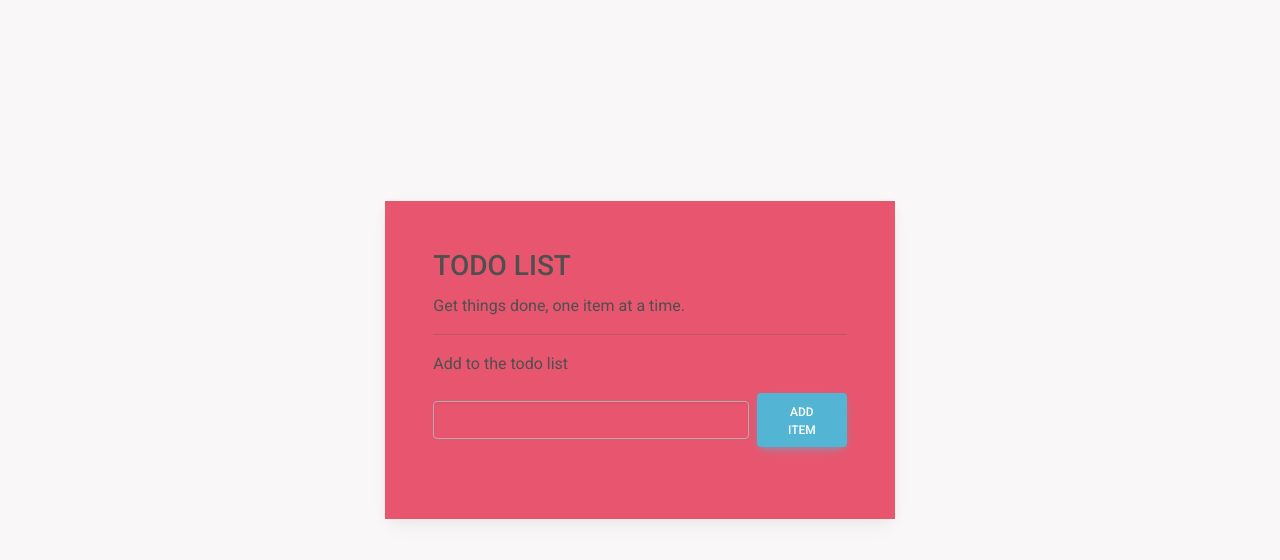
Repository: TinhTT336/MD02_HACKATHON01_HN_JV230620_BS_TranThiTinh_Basic
Page: /
These files come from the project's save history. The page is drawn as it stood at one moment and after the next save; the edit follows.
The browser window is 1280 px wide. The pictures show the whole page.
Some web libraries are served in a nearby version. The project was rebuilt for these pictures with package versions that can differ from the ones it lists, and the page was loaded fresh each time. Also part of the build but not shown: vite.config.js, src/App.css.

Above is the page before, as saved 2023-09-05 11:10:49.

### index.html
<!DOCTYPE html>
<html lang="en">
  <head>
    <meta charset="UTF-8" />
    <link rel="icon" type="image/svg+xml" href="/vite.svg" />
    <meta name="viewport" content="width=device-width, initial-scale=1.0" />
    <title>Vite + React</title>
    <link
      href="https://cdnjs.cloudflare.com/ajax/libs/font-awesome/6.0.0/css/all.min.css"
      rel="stylesheet"
    />
    <link
      href="https://fonts.googleapis.com/css?family=Roboto:300,400,500,700&display=swap"
      rel="stylesheet"
    />
    <link
      href="https://cdnjs.cloudflare.com/ajax/libs/mdb-ui-kit/6.2.0/mdb.min.css"
      rel="stylesheet"
    />
  </head>
  <body>
    <div id="root"></div>
    <script type="module" src="/src/main.jsx"></script>
  </body>
</html>

### src/App.jsx
import { useState } from 'react'
import './App.css'
import TodoList from './TodoList/todoList'

function App() {
  const [count, setCount] = useState(0)

  return (
    <>
      <TodoList />
    </>
  )
}

export default App

### src/index.css
/* :root {
  font-family: Inter, system-ui, Avenir, Helvetica, Arial, sans-serif;
  line-height: 1.5;
  font-weight: 400;

  color-scheme: light dark;
  color: rgba(255, 255, 255, 0.87);
  background-color: #242424;

  font-synthesis: none;
  text-rendering: optimizeLegibility;
  -webkit-font-smoothing: antialiased;
  -moz-osx-font-smoothing: grayscale;
  -webkit-text-size-adjust: 100%;
}

a {
  font-weight: 500;
  color: #646cff;
  text-decoration: inherit;
}
a:hover {
  color: #535bf2;
}

body {
  margin: 0;
  display: flex;
  place-items: center;
  min-width: 320px;
  min-height: 100vh;
}

h1 {
  font-size: 3.2em;
  line-height: 1.1;
}

button {
  border-radius: 8px;
  border: 1px solid transparent;
  padding: 0.6em 1.2em;
  font-size: 1em;
  font-weight: 500;
  font-family: inherit;
  background-color: #1a1a1a;
  cursor: pointer;
  transition: border-color 0.25s;
}
button:hover {
  border-color: #646cff;
}
button:focus,
button:focus-visible {
  outline: 4px auto -webkit-focus-ring-color;
}

@media (prefers-color-scheme: light) {
  :root {
    color: #213547;
    background-color: #ffffff;
  }
  a:hover {
    color: #747bff;
  }
  button {
    background-color: #f9f9f9;
  }
} */
body {
  background-color: #faf7f8 !important;
}
.vh-100 {
  width: 50% !important;
  margin: 0 auto !important;
}
.card-body {
  background-color: #e7566e !important;
}

### src/TodoList/todoList.jsx
import React, { useRef, useState } from 'react'

export default function TodoList() {
    const [input, setInput] = useState("");
    const [todos, setTodos] = useState(() => {
        const list = JSON.parse(localStorage.getItem("todos")) || [];
        return list;
    });
    const inputRef = useRef();
    const [idEdit, setIdEdit] = useState(null);
    // ham them submit
    const handleSubmit = (e) => {
        e.preventDefault();
        if (input !== "") {
            const newTodo = {
                id: Date.now(),
                title: input,
                status: false,
            }
            const newList = [...todos, newTodo];
            setTodos(newList);
            localStorage.setItem("todos", JSON.stringify(newList));
            setInput("");
            inputRef.current.focus();
        }
        if (idEdit !== -1) {
            const newList = todos.map(t => t.id === idEdit ? (t = { ...t, title: input }) : (t = { ...t }));
            setTodos(newList);
            localStorage.setItem("todos", JSON.stringify(newList));
            inputRef.current.focus();
        }
    }
    // ham xoa
    const handleDelete = (id) => {
        const newList = todos.filter(t => t.id !== id);
        setTodos(newList);
        localStorage.setItem("todos", JSON.stringify(newList));
        inputRef.current.focus();
    }
    // ham sua
    const handleEdit = (id) => {
        const todoEdit = todos.find(t => t.id === id);
        setInput(todoEdit.title);
        setIdEdit(id);
        inputRef.current.focus();
    }
    // ham check
    const handleCheck = (id) => {
        const newList = todos.map(t => t.id === id ? (t = { ...t, status: !t.status }) : (t = { ...t }));
        setTodos(newList);
        localStorage.setItem("todos", JSON.stringify(newList));
        inputRef.current.focus();
    }
    return (
        <div>
            <section className="vh-100 gradient-custom">
                <div className="container py-5 h-100">
                    <div
                        className="row d-flex justify-content-center align-items-center
              h-100"
                    >
                        <div className="col col-xl-10">
                            <div className="card">
                                <div className="card-body p-5">
                                    <h3 style={{ marginBottom: 10 }}>
                                        TODO LIST
                                    </h3>
                                    <p>Get things done, one item at a time.</p>
                                    <hr></hr>
                                    {/* Tabs content */}
                                    <div className="tab-content">
                                        <div className="tab-pane fade show active">
                                            <ul className="list-group mb-0">
                                                {todos.map(t => (
                                                    <li key={t.id}
                                                        className="list-group-item d-flex
                                          align-items-center border-0 mb-2
                                          rounded justify-content-between"
                                                        style={{ backgroundColor: "#f4f6f7" }}
                                                    >
                                                        {t.status === true ? (<s>{t.title}</s>) : (<span>{t.title}</span>)}
                                                        <div>
                                                            <input
                                                                className="form-check-input me-2"
                                                                type="checkbox" checked={t.status === true} onChange={() => handleCheck(t.id)}
                                                            />
                                                            <a className="text-info" title="Sửa công việc" onClick={() => handleEdit(t.id)}>
                                                                <i
                                                                    className="fas
                                                      fa-pencil-alt
                                                      me-3"
                                                                />
                                                            </a>
                                                            <a onClick={() => handleDelete(t.id)}
                                                                className="text-danger"
                                                                title="Xóa công việc"
                                                            >
                                                                <i
                                                                    className="fas
                                                      fa-trash-alt"
                                                                />
                                                            </a>
                                                        </div>
                                                    </li>
                                                ))}
                                            </ul>
                                            <div className="tab-content">
                                                <p>Add to the todo list</p>
                                                <form onSubmit={handleSubmit}
                                                    className="d-flex justify-content-center
                              align-items-center mb-4"
                                                >
                                                    <div className="form-outline flex-fill">
                                                        <input type="text" id="form2" className="form-control" style={{ border: "1px solid #afafaf" }} value={input} onChange={(e) => setInput(e.target.value)} ref={inputRef} />
                                                        {/* <label className="form-label" htmlFor="form2">
                                                            ADD ITEM
                                                        </label> */}
                                                    </div>
                                                    <button
                                                        type="submit"
                                                        className="btn btn-info
                                  ms-2"
                                                    >
                                                        ADD ITEM
                                                    </button>
                                                </form>
                                            </div>
                                        </div>
                                    </div>
                                    {/* Tabs content */}
                                </div>
                            </div>
                        </div>
                    </div>
                </div>
            </section >

        </div >
    )
}

Loaded but not shown: src/main.jsx (common file)

After the next save:
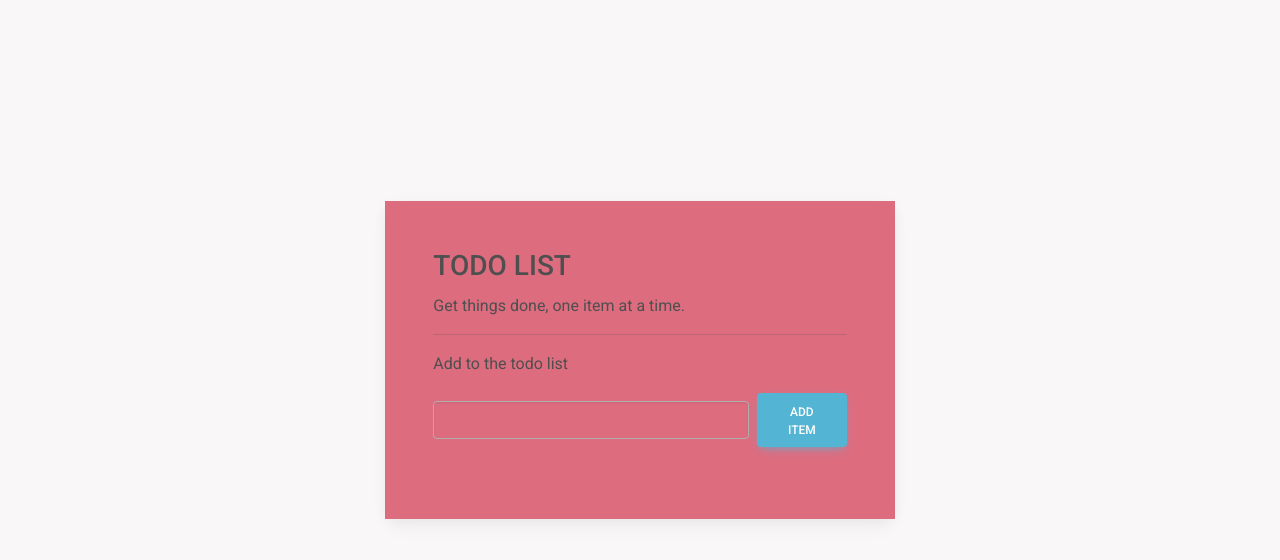
Saved 10 s later.
--- a/src/index.css
+++ b/src/index.css
@@ -75,5 +75,5 @@
   margin: 0 auto !important;
 }
 .card-body {
-  background-color: #e7566e !important;
+  background-color: #dd6c7f !important;
 }

After the save that followed:
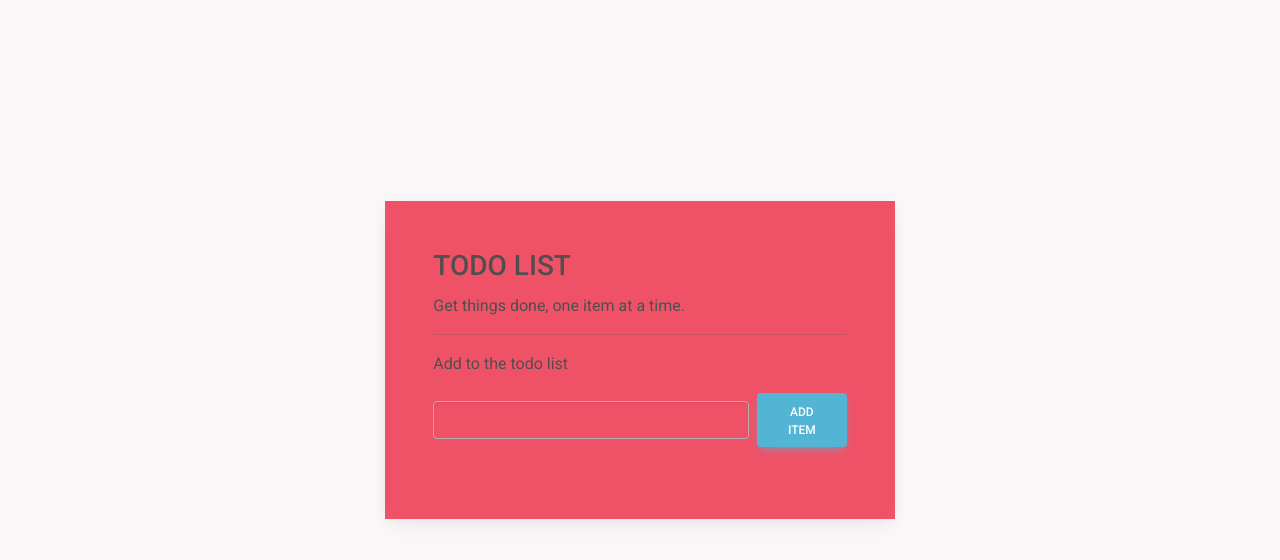
Saved 20 s later.
--- a/src/index.css
+++ b/src/index.css
@@ -75,5 +75,5 @@
   margin: 0 auto !important;
 }
 .card-body {
-  background-color: #dd6c7f !important;
+  background-color: #ef5267 !important;
 }
